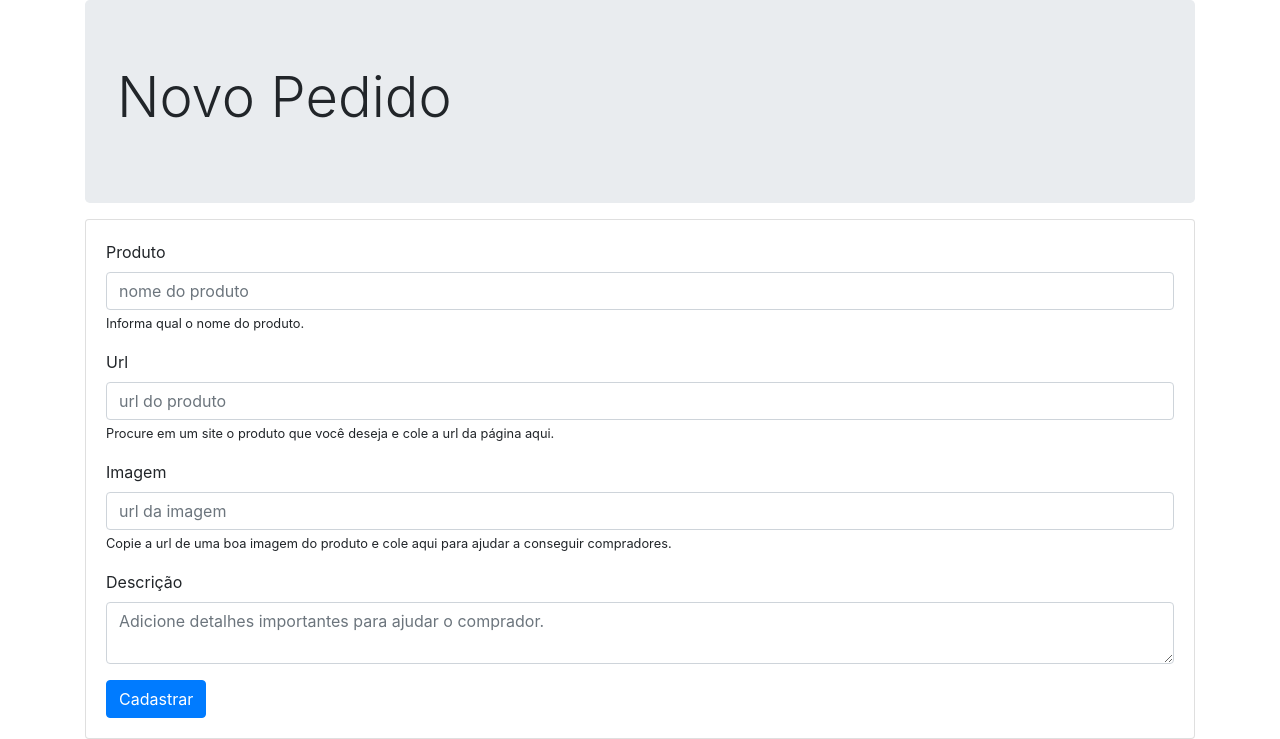
Repository: BrunoMreis/Spring-MVC-Crie-um-web-app-com-Thymeleaf-e-Bootstrap
Page: http://localhost/pedido/formulario
These files come from the project's save history. The page is drawn as it stood at one moment and after the next save; the edit follows.
The browser window is 1280 px wide. The pictures show the whole page.
Some web fonts or font styles are not loaded; a fallback is used. The page is this project's Thymeleaf template; nobody is signed in. The template is opened directly, without the code that normally fills it, so the values that code supplies are empty.

Above is the page before, as saved 2020-10-20 13:04:38.

### mundi/src/main/resources/templates/pedido/formulario.html
<!DOCTYPE html>
<html>
<head>
<meta charset="UTF-8">
<title>Formulário</title>
<link rel="stylesheet"
	href="https://stackpath.bootstrapcdn.com/bootstrap/4.5.2/css/bootstrap.min.css"
	integrity="sha384-JcKb8q3iqJ61gNV9KGb8thSsNjpSL0n8PARn9HuZOnIxN0hoP+VmmDGMN5t9UJ0Z"
	crossorigin="anonymous">
</head>
<body>
	<div class="container">
		<div class="jumbotron mb-0">
			<h1 class="display-4">Novo Pedido</h1>
		</div>

		<div class="card mt-3">
			<div class="card-body">
				<form th:object="${requisicaoNovoPedido}" action="/pedido/novo"
					method="POST">
					<div class="form-group">
						<label for="nomeProduto">Produto</label> <input
							th:field="*{nomeProduto}" th:errorclass="is-invalid"
							placeholder="nome do produto" class="form-control" /> <small>Informa
							qual o nome do produto.</small>
						<div th:errors="*{nomeProduto}" class="invalid-feedback">Campo
							deve ser preenchido!</div>
					</div>
					<div class="form-group">
						<label for="urlProduto">Url</label> <input
							th:field="*{urlProduto}" th:errorclass="is-invalid"
							placeholder="url do produto" class="form-control" /> <small>Procure
							em um site o produto que você deseja e cole a url da página aqui.</small>
						<div th:errors="*{urlProduto}" class="invalid-feedback">Campo
							deve ser preenchido!</div>
					</div>
					<div class="form-group">
						<label for="urlImagem">Imagem</label> <input
							th:field="*{urlImagem}" th:errorclass="is-invalid"
							placeholder="url da imagem" class="form-control" /> <small>Copie
							a url de uma boa imagem do produto e cole aqui para ajudar a
							conseguir compradores.</small>
						<div th:errors="*{urlImagem}" class="invalid-feedback">Campo
							deve ser preenchido!</div>
					</div>
					<div class="form-group">
						<label for="descricao">Descrição</label>
						<textarea th:field="*{descricao}" th:errorclass="is-invalid"
							placeholder="Adicione detalhes importantes para ajudar o comprador."
							class="form-control"></textarea>
						<div th:errors="*{descricao}" class="invalid-feedback">Campo
							deve ser preenchido!</div>
					</div>
					<button type="submit" class="btn btn-primary">Cadastrar</button>
				</form>
			</div>
		</div>
	</div>
</body>
</html>

### mundi/src/main/resources/templates/base.html
<head th:fragment="head">
<meta charset="UTF-8">
<link rel="stylesheet"
	href="https://stackpath.bootstrapcdn.com/bootstrap/4.5.2/css/bootstrap.min.css"
	integrity="sha384-JcKb8q3iqJ61gNV9KGb8thSsNjpSL0n8PARn9HuZOnIxN0hoP+VmmDGMN5t9UJ0Z"
	crossorigin="anonymous">
<link
	href="https://fonts.googleapis.com/css2?family=Handlee&display=swap"
	rel="stylesheet">

<style>
.logo-container {
	background-color: #47bcff;
	color: #FFF;
}

.logo {
	font-family: 'Handlee', cursive;
	font-size: 2.5rem;
}
</style>
</head>


<div th:fragment="logo"
	class="logo-container d-flex justify-content-between mb-3 p-3">
	<span class="logo">mudi</span> <span class="mt-3">login</span>
</div>


<div th:fragment="titulo(valor)" class="jumbotron mb-0">
	<h1 class="display-4" th:text="${valor}"></h1>
</div>

After the next save:
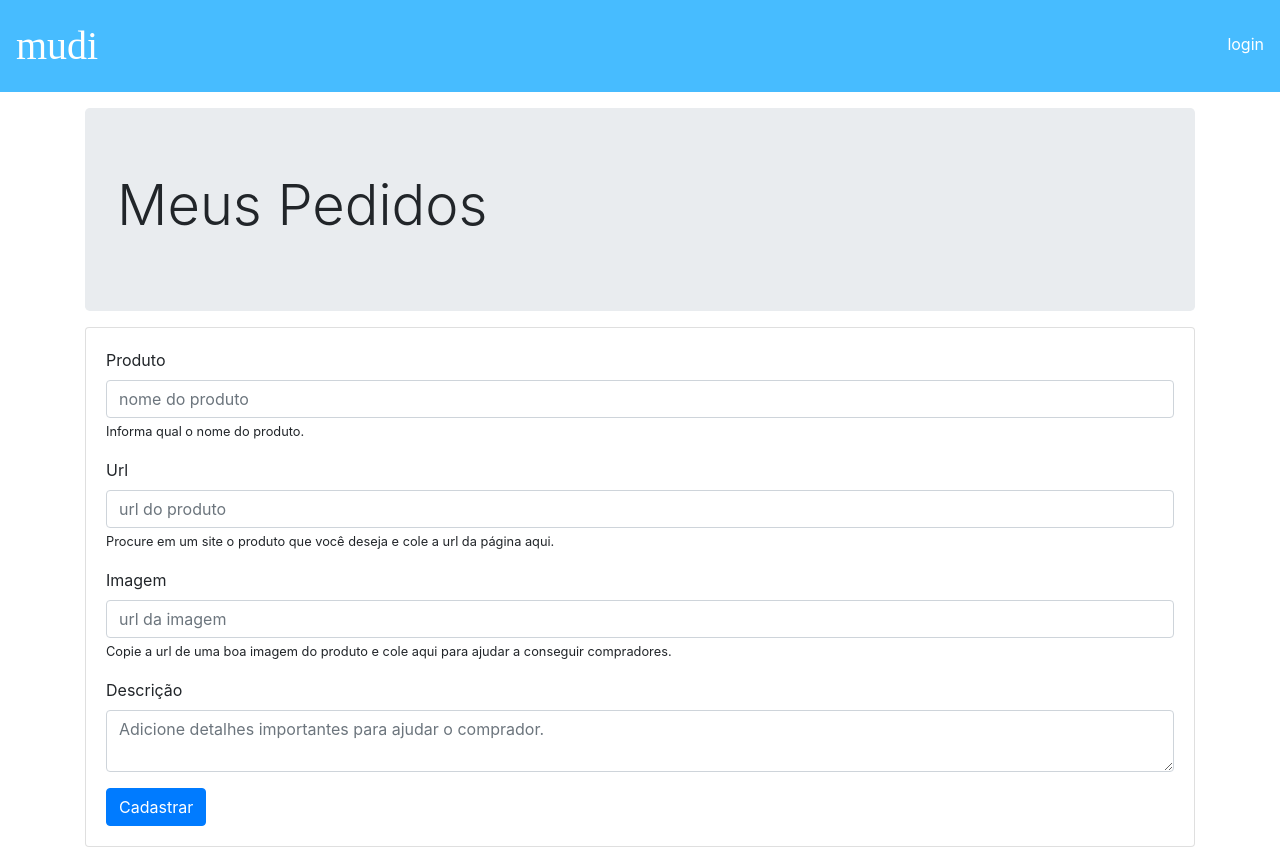
Saved 7 min 26 s later.
--- a/mundi/src/main/resources/templates/pedido/formulario.html
+++ b/mundi/src/main/resources/templates/pedido/formulario.html
@@ -1,19 +1,13 @@
 <!DOCTYPE html>
 <html>
-<head>
+<head th:replace="~{base :: head}">
 <meta charset="UTF-8">
-<title>Formulário</title>
-<link rel="stylesheet"
-	href="https://stackpath.bootstrapcdn.com/bootstrap/4.5.2/css/bootstrap.min.css"
-	integrity="sha384-JcKb8q3iqJ61gNV9KGb8thSsNjpSL0n8PARn9HuZOnIxN0hoP+VmmDGMN5t9UJ0Z"
-	crossorigin="anonymous">
 </head>
 <body>
+	<div th:replace="~{base :: logo}"></div>
+
 	<div class="container">
-		<div class="jumbotron mb-0">
-			<h1 class="display-4">Novo Pedido</h1>
-		</div>
-
+		<div th:replace="~{base :: titulo('Meus Pedidos')}"></div>
 		<div class="card mt-3">
 			<div class="card-body">
 				<form th:object="${requisicaoNovoPedido}" action="/pedido/novo"
